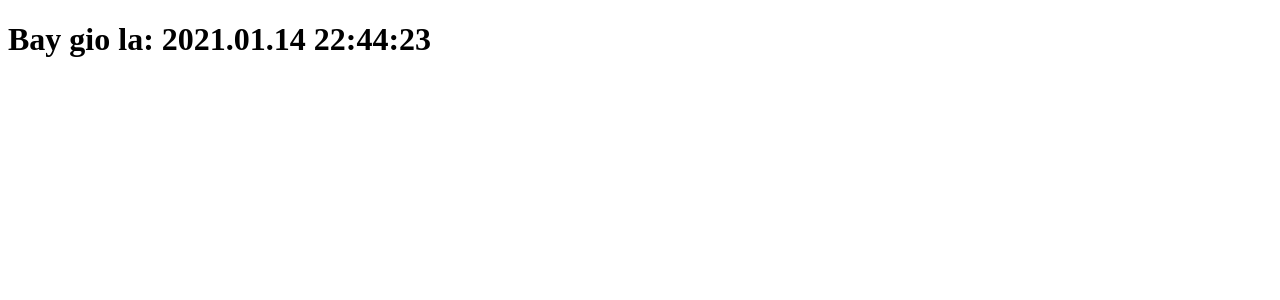
Repository: NGUYEN112/Module2
Page: http://localhost/
These files come from the project's save history. The page is drawn as it stood at one moment and after the next save; the edit follows.
The browser window is 1280 px wide. The pictures show the whole page.
The page is run by PHP 8.4 with error messages shown; the project is at /var/www/html/.

Above is the page before, as saved 2021-01-14 15:59:40.

After the next save:
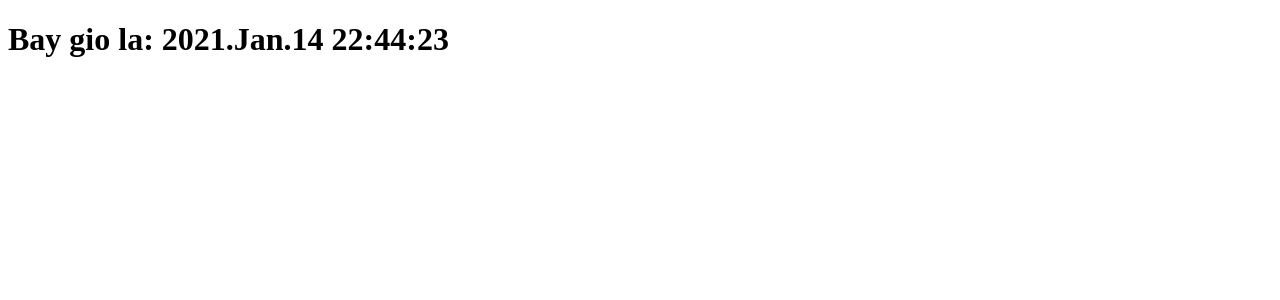
Saved 10 min 53 s later.
--- a/bai1-severtime/server_time/index.php
+++ b/bai1-severtime/server_time/index.php
@@ -7,7 +7,7 @@
 </head>
 <body>
     <h1>Bay gio la: <?php date_default_timezone_set('Asia/Ho_Chi_Minh');
-        echo date('Y.m.d H:i:s'); ?>
+        echo date('Y.M.d H:i:s'); ?>
     </h1>
 </body>
 </html>
